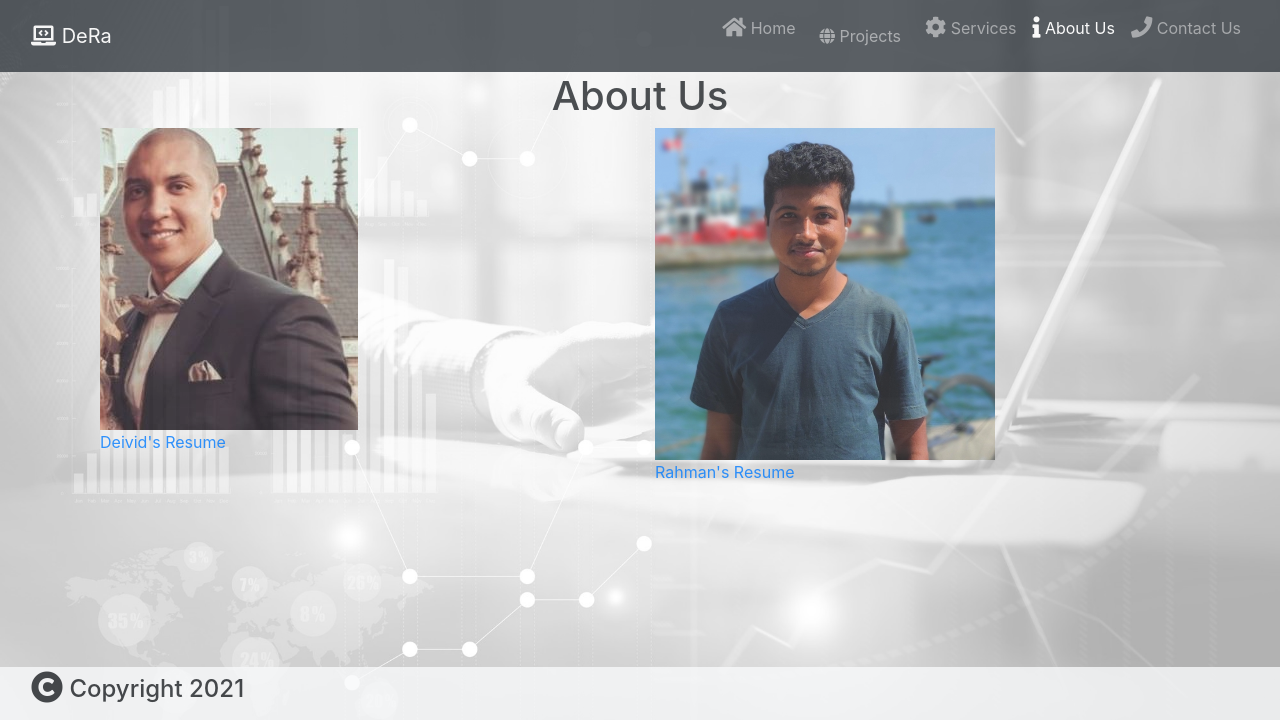
Repository: deividwsantoss/web6201-Lab1
Page: about.html
These files come from the project's save history. The page is drawn as it stood at one moment and after the next save; the edit follows.
The browser window is 1280 px wide. The pictures show the whole page.

Above is the page before, as saved 2021-02-03 18:59:45.
Console error: TypeError: Cannot set properties of null (setting 'innerHTML')

After the next save:
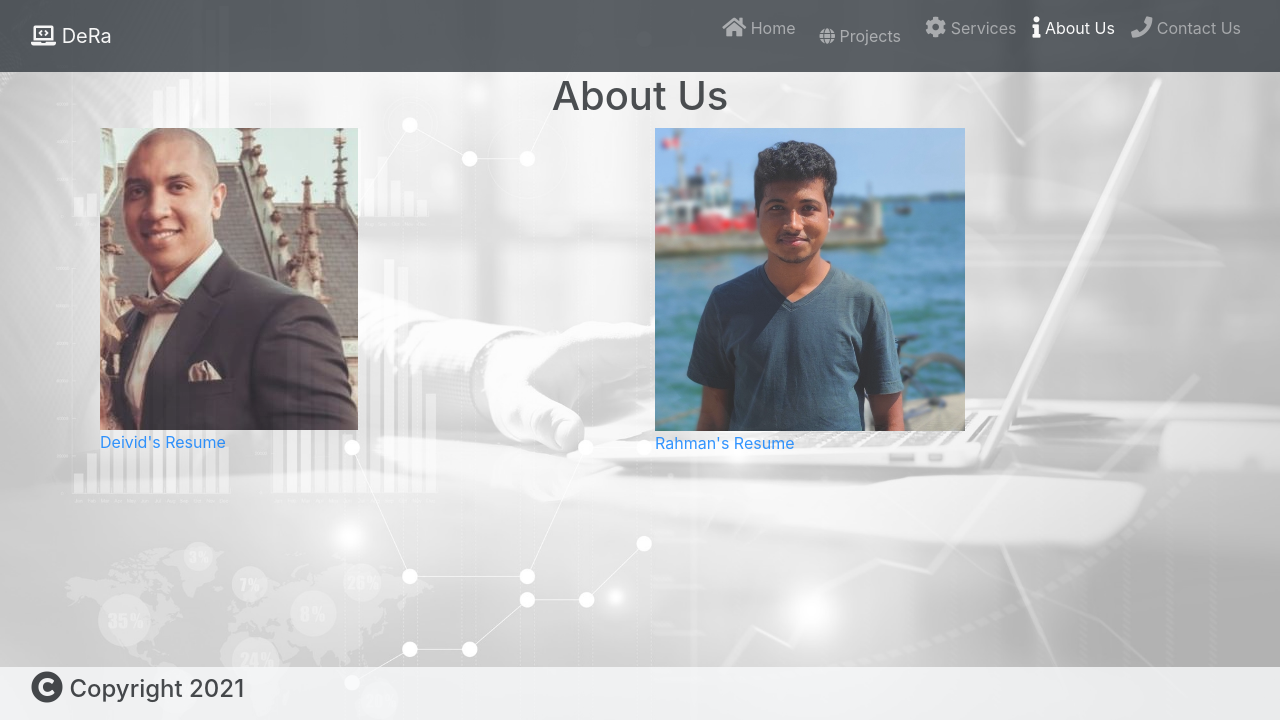
Saved 14 s later.
--- a/Content/app.css
+++ b/Content/app.css
@@ -66,6 +66,6 @@ h1{
 }
 
 #pic{
-    width:340px; /* you can use % */
+    width:310px; /* you can use % */
     height: auto;
 }
